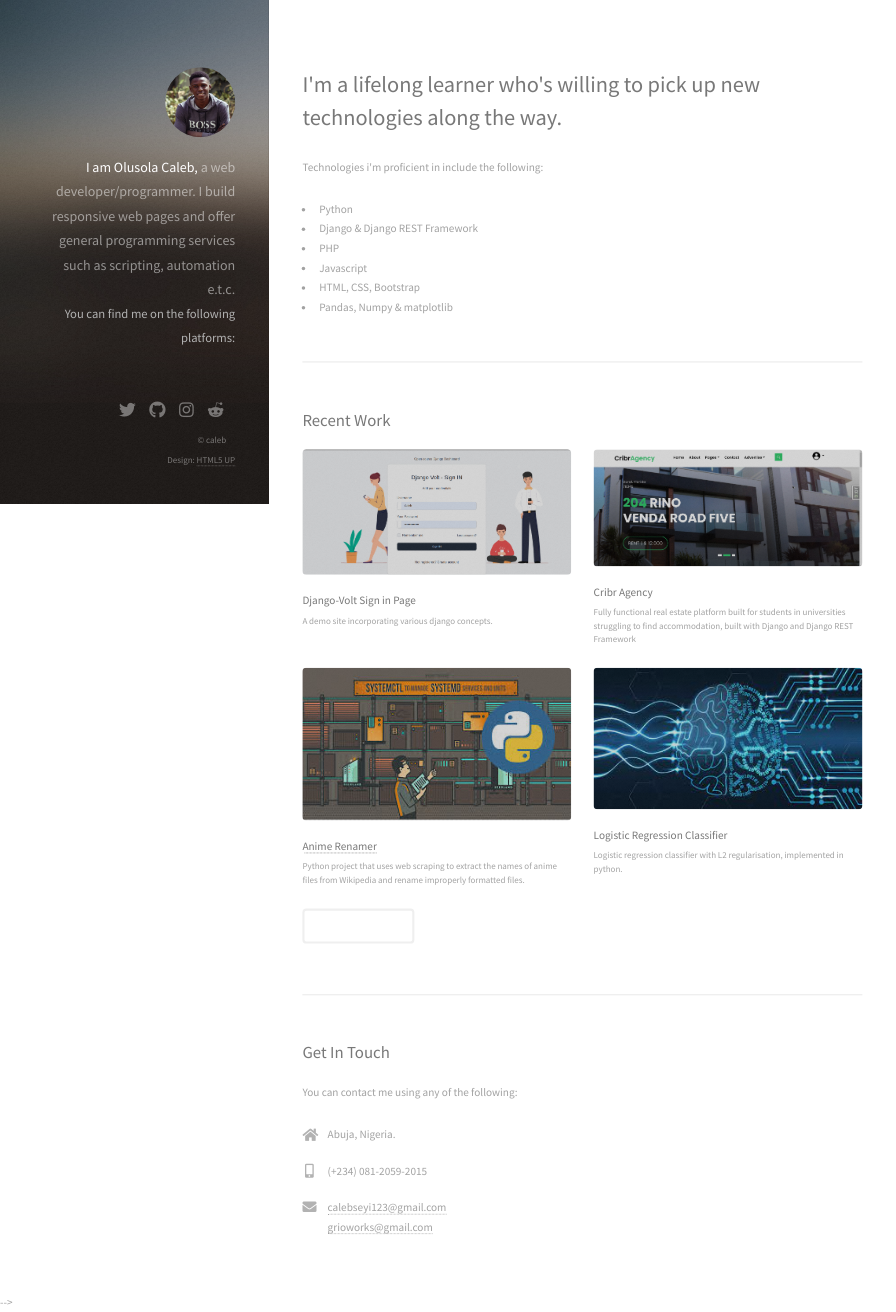
Repository: Caleb40/Caleb40.github.io
Page: index.html
An editor plug-in stored every save of this project. The page is shown before and after a run of saves, followed by the edit.
The browser window is 1280 px wide. The pictures show the whole page, at 70% of full size.

Above is the page before, as saved 2022-07-13 00:24:17.

### index.html
<!DOCTYPE HTML>
<html lang="en">

<head>
	<title>Olusola Caleb O.</title>
	<meta charset="utf-8" />
	<meta name="viewport" content="width=device-width, initial-scale=1, user-scalable=no" />
	<link rel="stylesheet" href="assets/css/main.css" />
</head>

<body class="is-preload">

	<!-- Header -->
	<header id="header">
		<div class="inner">
			<a href="#" class="image avatar"><img src="images/Photo_1607349133627.jpg" alt="profile" height="100px" width="100px" /></a>
			<h1 id="desc"><strong>I am Olusola Caleb,</strong><br> a web developer/programmer.<br />
				I build responsive web pages and offer general programming services such as scripting, automation e.t.c.
				<p id="findme">You can find me on <br> the following platforms:</p>
			</h1>

		</div>
	</header>

	<!-- Main -->
	<div id="main">

		<!-- One -->
		<section id="one">
			<header class="major">
				<h2>I'm a lifelong learner who's willing to pick up new technologies along the way.</h2>
			</header>
			<p>Technologies i'm proficient in include the following: </p>
			<ul>
				<li>Python</li>
				<li>Django & Django REST Framework</li>
				<li>PHP</li>
				<li>Javascript</li>
				<li>HTML, CSS, Bootstrap</li>
				<li>Pandas, Numpy & matplotlib</li>

			</ul>
			<!-- <ul class="actions">
				<li><a href="#" class="button">Learn More</a></li>
			</ul> -->
		</section>

		<!-- Two -->
		<section id="two">
			<h2>Recent Work</h2>
			<div class="row">
				<article class="col-6 col-12-xsmall work-item">
					<a href="images/portfolio/20220712_184121.png" class="image fit thumb"><img
							src="images/portfolio/20220712_184121.png" alt="" /></a>
					<h3>Django-Volt Sign in Page</h3>
					<p>A demo site incorporating various django concepts.</p>
				</article>
				<article class="col-6 col-12-xsmall work-item">
					<a href="images/portfolio/20220712_184159.png" class="image fit thumb"><img
							src="images/portfolio/20220712_184159.png" /></a>
					<h3>Cribr Agency</h3>
					<p>Fully functional real estate platform built for students in universities struggling to find accommodation,
						built with Django and Django REST Framework</p>
				</article>
				<article class="col-6 col-12-xsmall work-item">
					<a href="images/images.jpeg" class="image fit thumb"><img src="images/images.jpeg" alt="" /></a>
					<h3><a href="https://github.com/Caleb40/Anime-Renamer">Anime Renamer</a></h3>
					<p>Python project that uses web scraping to extract the names of anime files from Wikipedia and rename
						improperly formatted files.</p>
				</article>
				<article class="col-6 col-12-xsmall work-item">
					<a href="images/ai.jpeg" class="image fit thumb"><img src="images/ai.jpeg" alt="" /></a>
					<h3>Logistic Regression Classifier</h3>
					<p>Logistic regression classifier with L2 regularisation, implemented in python.</p>
				</article>
			</div>
			<ul class="actions">
				<li><a href="https://www.linkedin.com/in/caleb-olusola/" class="button"></a></li>
			</ul>
		</section>

		<!-- Three -->
		<section id="three">
			<h2>Get In Touch</h2>
			<p>You can contact me using any of the following:</p>
			<div class="row">
				<!-- <div class="col-8 col-12-small">
					<form method="post" action="#">
						<div class="row gtr-uniform gtr-50">
							<div class="col-6 col-12-xsmall"><input type="text" name="name" id="name"
									placeholder="Name" /></div>
							<div class="col-6 col-12-xsmall"><input type="email" name="email" id="email"
									placeholder="Email" /></div>
							<div class="col-12"><textarea name="message" id="message" placeholder="Message"
									rows="4"></textarea></div>
						</div>
					</form>
					<ul class="actions">
						<li><input type="submit" value="Send Message" /></li>
					</ul>

				</div> -->
				<div class="col-4 col-12-small">
					<ul class="labeled-icons">
						<li>
							<h3 class="icon solid fa-home"><span class="label">Address</span></h3>
							Abuja,
							Nigeria.<br>
						</li>
						<li>
							<h3 class="icon solid fa-mobile-alt"><span class="label">Phone</span></h3>
						(+234) 081-2059-2015
						</li>
						<li>
							<h3 class="icon solid fa-envelope"><span class="label">Email</span></h3>
							<a href="">calebseyi123@gmail.com <br> grioworks@gmail.com</a>
						</li>
					</ul>
				</div>
			</div>
		</section>

		<!-- Four -->

					<!-- <section id="four">
						<h2>Elements</h2>

						<section>
							<h4>Text</h4>
							<p>This is <b>bold</b> and this is <strong>strong</strong>. This is <i>italic</i> and this is <em>emphasized</em>.
							This is <sup>superscript</sup> text and this is <sub>subscript</sub> text.
							This is <u>underlined</u> and this is code: <code>for (;;) { ... }</code>. Finally, <a href="#">this is a link</a>.</p>
							<hr />
							<header>
								<h4>Heading with a Subtitle</h4>
								<p>Lorem ipsum dolor sit amet nullam id egestas urna aliquam</p>
							</header>
							<p>Nunc lacinia ante nunc ac lobortis. Interdum adipiscing gravida odio porttitor sem non mi integer non faucibus ornare mi ut ante amet placerat aliquet. Volutpat eu sed ante lacinia sapien lorem accumsan varius montes viverra nibh in adipiscing blandit tempus accumsan.</p>
							<header>
								<h5>Heading with a Subtitle</h5>
								<p>Lorem ipsum dolor sit amet nullam id egestas urna aliquam</p>
							</header>
							<p>Nunc lacinia ante nunc ac lobortis. Interdum adipiscing gravida odio porttitor sem non mi integer non faucibus ornare mi ut ante amet placerat aliquet. Volutpat eu sed ante lacinia sapien lorem accumsan varius montes viverra nibh in adipiscing blandit tempus accumsan.</p>
							<hr />
							<h2>Heading Level 2</h2>
							<h3>Heading Level 3</h3>
							<h4>Heading Level 4</h4>
							<h5>Heading Level 5</h5>
							<h6>Heading Level 6</h6>
							<hr />
							<h5>Blockquote</h5>
							<blockquote>Fringilla nisl. Donec accumsan interdum nisi, quis tincidunt felis sagittis eget tempus euismod. Vestibulum ante ipsum primis in faucibus vestibulum. Blandit adipiscing eu felis iaculis volutpat ac adipiscing accumsan faucibus. Vestibulum ante ipsum primis in faucibus lorem ipsum dolor sit amet nullam adipiscing eu felis.</blockquote>
							<h5>Preformatted</h5>
							<pre><code>i = 0;

while (!deck.isInOrder()) {
print 'Iteration ' + i;
deck.shuffle();
i++;
}

print 'It took ' + i + ' iterations to sort the deck.';</code></pre>
						</section>

						<section>
							<h4>Lists</h4>
							<div class="row">
								<div class="col-6 col-12-xsmall">
									<h5>Unordered</h5>
									<ul>
										<li>Dolor pulvinar etiam magna etiam.</li>
										<li>Sagittis adipiscing lorem eleifend.</li>
										<li>Felis enim feugiat dolore viverra.</li>
									</ul>
									<h5>Alternate</h5>
									<ul class="alt">
										<li>Dolor pulvinar etiam magna etiam.</li>
										<li>Sagittis adipiscing lorem eleifend.</li>
										<li>Felis enim feugiat dolore viverra.</li>
									</ul>
								</div>
								<div class="col-6 col-12-xsmall">
									<h5>Ordered</h5>
									<ol>
										<li>Dolor pulvinar etiam magna etiam.</li>
										<li>Etiam vel felis at lorem sed viverra.</li>
										<li>Felis enim feugiat dolore viverra.</li>
										<li>Dolor pulvinar etiam magna etiam.</li>
										<li>Etiam vel felis at lorem sed viverra.</li>
										<li>Felis enim feugiat dolore viverra.</li>
									</ol>
									<h5>Icons</h5>
									<ul class="icons">
										<li><a href="#" class="icon brands fa-twitter"><span class="label">Twitter</span></a></li>
										<li><a href="#" class="icon brands fa-facebook-f"><span class="label">Facebook</span></a></li>
										<li><a href="#" class="icon brands fa-instagram"><span class="label">Instagram</span></a></li>
										<li><a href="#" class="icon brands fa-github"><span class="label">Github</span></a></li>
										<li><a href="#" class="icon brands fa-dribbble"><span class="label">Dribbble</span></a></li>
										<li><a href="#" class="icon brands fa-tumblr"><span class="label">Tumblr</span></a></li>
									</ul>
								</div>
							</div>
							<h5>Actions</h5>
							<ul class="actions">
								<li><a href="#" class="button primary">Default</a></li>
								<li><a href="#" class="button">Default</a></li>
							</ul>
							<ul class="actions small">
								<li><a href="#" class="button primary small">Small</a></li>
								<li><a href="#" class="button small">Small</a></li>
							</ul>
							<div class="row">
								<div class="col-6 col-12-small">
									<ul class="actions stacked">
										<li><a href="#" class="button primary">Default</a></li>
										<li><a href="#" class="button">Default</a></li>
									</ul>
								</div>
								<div class="col-6 col-12-small">
									<ul class="actions stacked">
										<li><a href="#" class="button primary small">Small</a></li>
										<li><a href="#" class="button small">Small</a></li>
									</ul>
								</div>
								<div class="col-6 col-12-small">
									<ul class="actions stacked">
										<li><a href="#" class="button primary fit">Default</a></li>
										<li><a href="#" class="button fit">Default</a></li>
									</ul>
								</div>
								<div class="col-6 col-12-small">
									<ul class="actions stacked">
										<li><a href="#" class="button primary small fit">Small</a></li>
										<li><a href="#" class="button small fit">Small</a></li>
									</ul>
								</div>
							</div>
						</section>

						<section>
							<h4>Table</h4>
							<h5>Default</h5>
							<div class="table-wrapper">
								<table>
									<thead>
										<tr>
											<th>Name</th>
											<th>Description</th>
											<th>Price</th>
										</tr>
									</thead>
									<tbody>
										<tr>
											<td>Item One</td>
											<td>Ante turpis integer aliquet porttitor.</td>
											<td>29.99</td>
										</tr>
										<tr>
											<td>Item Two</td>
											<td>Vis ac commodo adipiscing arcu aliquet.</td>
											<td>19.99</td>
										</tr>
										<tr>
											<td>Item Three</td>
											<td> Morbi faucibus arcu accumsan lorem.</td>
											<td>29.99</td>
										</tr>
										<tr>
											<td>Item Four</td>
											<td>Vitae integer tempus condimentum.</td>
											<td>19.99</td>
										</tr>
										<tr>
											<td>Item Five</td>
											<td>Ante turpis integer aliquet porttitor.</td>
											<td>29.99</td>
										</tr>
									</tbody>
									<tfoot>
										<tr>
											<td colspan="2"></td>
											<td>100.00</td>
										</tr>
									</tfoot>
								</table>
							</div>

							<h5>Alternate</h5>
							<div class="table-wrapper">
								<table class="alt">
									<thead>
										<tr>
											<th>Name</th>
											<th>Description</th>
											<th>Price</th>
										</tr>
									</thead>
									<tbody>
										<tr>
											<td>Item One</td>
											<td>Ante turpis integer aliquet porttitor.</td>
											<td>29.99</td>
										</tr>
										<tr>
											<td>Item Two</td>
											<td>Vis ac commodo adipiscing arcu aliquet.</td>
											<td>19.99</td>
										</tr>
										<tr>
											<td>Item Three</td>
											<td> Morbi faucibus arcu accumsan lorem.</td>
											<td>29.99</td>
										</tr>
										<tr>
											<td>Item Four</td>
											<td>Vitae integer tempus condimentum.</td>
											<td>19.99</td>
										</tr>
										<tr>
											<td>Item Five</td>
											<td>Ante turpis integer aliquet porttitor.</td>
											<td>29.99</td>
										</tr>
									</tbody>
									<tfoot>
										<tr>
											<td colspan="2"></td>
											<td>100.00</td>
										</tr>
									</tfoot>
								</table>
							</div>
						</section>

						<section>
							<h4>Buttons</h4>
							<ul class="actions">
								<li><a href="#" class="button primary">Primary</a></li>
								<li><a href="#" class="button">Default</a></li>
							</ul>
							<ul class="actions">
								<li><a href="#" class="button large">Large</a></li>
								<li><a href="#" class="button">Default</a></li>
								<li><a href="#" class="button small">Small</a></li>
							</ul>
							<ul class="actions fit">
								<li><a href="#" class="button primary fit">Fit</a></li>
								<li><a href="#" class="button fit">Fit</a></li>
							</ul>
							<ul class="actions fit small">
								<li><a href="#" class="button primary fit small">Fit + Small</a></li>
								<li><a href="#" class="button fit small">Fit + Small</a></li>
							</ul>
							<ul class="actions">
								<li><a href="#" class="button primary icon solid fa-download">Icon</a></li>
								<li><a href="#" class="button icon solid fa-download">Icon</a></li>
							</ul>
							<ul class="actions">
								<li><span class="button primary disabled">Primary</span></li>
								<li><span class="button disabled">Default</span></li>
							</ul>
						</section>

						<section>
							<h4>Form</h4>
							<form method="post" action="#">
								<div class="row gtr-uniform gtr-50">
									<div class="col-6 col-12-xsmall">
										<input type="text" name="demo-name" id="demo-name" value="" placeholder="Name" />
									</div>
									<div class="col-6 col-12-xsmall">
										<input type="email" name="demo-email" id="demo-email" value="" placeholder="Email" />
									</div>
									<div class="col-12">
										<select name="demo-category" id="demo-category">
											<option value="">- Category -</option>
											<option value="1">Manufacturing</option>
											<option value="1">Shipping</option>
											<option value="1">Administration</option>
											<option value="1">Human Resources</option>
										</select>
									</div>
									<div class="col-4 col-12-small">
										<input type="radio" id="demo-priority-low" name="demo-priority" checked>
										<label for="demo-priority-low">Low Priority</label>
									</div>
									<div class="col-4 col-12-small">
										<input type="radio" id="demo-priority-normal" name="demo-priority">
										<label for="demo-priority-normal">Normal Priority</label>
									</div>
									<div class="col-4 col-12-small">
										<input type="radio" id="demo-priority-high" name="demo-priority">
										<label for="demo-priority-high">High Priority</label>
									</div>
									<div class="col-6 col-12-small">
										<input type="checkbox" id="demo-copy" name="demo-copy">
										<label for="demo-copy">Email me a copy of this message</label>
									</div>
									<div class="col-6 col-12-small">
										<input type="checkbox" id="demo-human" name="demo-human" checked>
										<label for="demo-human">I am a human and not a robot</label>
									</div>
									<div class="col-12">
										<textarea name="demo-message" id="demo-message" placeholder="Enter your message" rows="6"></textarea>
									</div>
									<div class="col-12">
										<ul class="actions">
											<li><input type="submit" value="Send Message" class="primary" /></li>
											<li><input type="reset" value="Reset" /></li>
										</ul>
									</div>
								</div>
							</form>
						</section>

						<section>
							<h4>Image</h4>
							<h5>Fit</h5>
							<div class="box alt">
								<div class="row gtr-50 gtr-uniform">
									<div class="col-12"><span class="image fit"><img src="images/fulls/05.jpg" alt="" /></span></div>
									<div class="col-4"><span class="image fit"><img src="images/thumbs/01.jpg" alt="" /></span></div>
									<div class="col-4"><span class="image fit"><img src="images/thumbs/02.jpg" alt="" /></span></div>
									<div class="col-4"><span class="image fit"><img src="images/thumbs/03.jpg" alt="" /></span></div>
									<div class="col-4"><span class="image fit"><img src="images/thumbs/04.jpg" alt="" /></span></div>
									<div class="col-4"><span class="image fit"><img src="images/thumbs/05.jpg" alt="" /></span></div>
									<div class="col-4"><span class="image fit"><img src="images/thumbs/06.jpg" alt="" /></span></div>
									<div class="col-4"><span class="image fit"><img src="images/thumbs/03.jpg" alt="" /></span></div>
									<div class="col-4"><span class="image fit"><img src="images/thumbs/02.jpg" alt="" /></span></div>
									<div class="col-4"><span class="image fit"><img src="images/thumbs/01.jpg" alt="" /></span></div>
								</div>
							</div>
							<h5>Left &amp; Right</h5>
							<p><span class="image left"><img src="images/avatar.jpg" alt="" /></span>Fringilla nisl. Donec accumsan interdum nisi, quis tincidunt felis sagittis eget. tempus euismod. Vestibulum ante ipsum primis in faucibus vestibulum. Blandit adipiscing eu felis iaculis volutpat ac adipiscing accumsan eu faucibus. Integer ac pellentesque praesent tincidunt felis sagittis eget. tempus euismod. Vestibulum ante ipsum primis in faucibus vestibulum. Blandit adipiscing eu felis iaculis volutpat ac adipiscing accumsan eu faucibus. Integer ac pellentesque praesent. Donec accumsan interdum nisi, quis tincidunt felis sagittis eget. tempus euismod. Vestibulum ante ipsum primis in faucibus vestibulum. Blandit adipiscing eu felis iaculis volutpat ac adipiscing accumsan eu faucibus. Integer ac pellentesque praesent tincidunt felis sagittis eget. tempus euismod. Vestibulum ante ipsum primis in faucibus vestibulum. Blandit adipiscing eu felis iaculis volutpat ac adipiscing accumsan eu faucibus. Integer ac pellentesque praesent.</p>
							<p><span class="image right"><img src="images/avatar.jpg" alt="" /></span>Fringilla nisl. Donec accumsan interdum nisi, quis tincidunt felis sagittis eget. tempus euismod. Vestibulum ante ipsum primis in faucibus vestibulum. Blandit adipiscing eu felis iaculis volutpat ac adipiscing accumsan eu faucibus. Integer ac pellentesque praesent tincidunt felis sagittis eget. tempus euismod. Vestibulum ante ipsum primis in faucibus vestibulum. Blandit adipiscing eu felis iaculis volutpat ac adipiscing accumsan eu faucibus. Integer ac pellentesque praesent. Donec accumsan interdum nisi, quis tincidunt felis sagittis eget. tempus euismod. Vestibulum ante ipsum primis in faucibus vestibulum. Blandit adipiscing eu felis iaculis volutpat ac adipiscing accumsan eu faucibus. Integer ac pellentesque praesent tincidunt felis sagittis eget. tempus euismod. Vestibulum ante ipsum primis in faucibus vestibulum. Blandit adipiscing eu felis iaculis volutpat ac adipiscing accumsan eu faucibus. Integer ac pellentesque praesent.</p>
						</section>

					</section>
				-->

	</div> -->

	<!-- Footer -->
	<footer id="footer">
		<div class="inner">
			<!-- <p id="phone">Contact: 08120592015</p>
			<p id="email">E-mail: calebseyi123@gmail.com</p> -->
			<ul class="icons">
				<li><a href="https://twitter.com/caleb_mnb" class="icon brands fa-twitter"><span
							class="label">Twitter</span></a></li>
				<li><a href="https://github.com/Caleb40" class="icon brands fa-github"><span
							class="label">Github</span></a></li>
				<li><a href="https://www.instagram.com/itz_calebking/" class="icon brands fa-instagram"><span
							class="label">Instagram</span></a></li>
				<li><a href="https://www.reddit.com/user/caleb_king" class="icon brands fa-reddit-alien"><span
							class="label">Reddit</span></a></li>
				<ul class="copyright">
					<li>&copy; caleb</li>
					<li>Design: <a href="http://html5up.net">HTML5 UP</a></li>
				</ul>

			</ul>
		</div>
	</footer>

	<!-- Scripts -->
	<script src="assets/js/jquery.min.js"></script>
	<script src="assets/js/jquery.poptrox.min.js"></script>
	<script src="assets/js/browser.min.js"></script>
	<script src="assets/js/breakpoints.min.js"></script>
	<script src="assets/js/util.js"></script>
	<script src="assets/js/main.js"></script>

</body>

</html>

Loaded but not shown: assets/css/fontawesome-all.min.css (library); assets/js/jquery.min.js (library); assets/js/jquery.poptrox.min.js (library); assets/js/browser.min.js (common file); assets/js/breakpoints.min.js (common file); assets/js/util.js (587 lines, source omitted); assets/js/main.js (117 lines, source omitted); assets/css/main.css (3241 lines, source omitted)

After the next 2 saves:
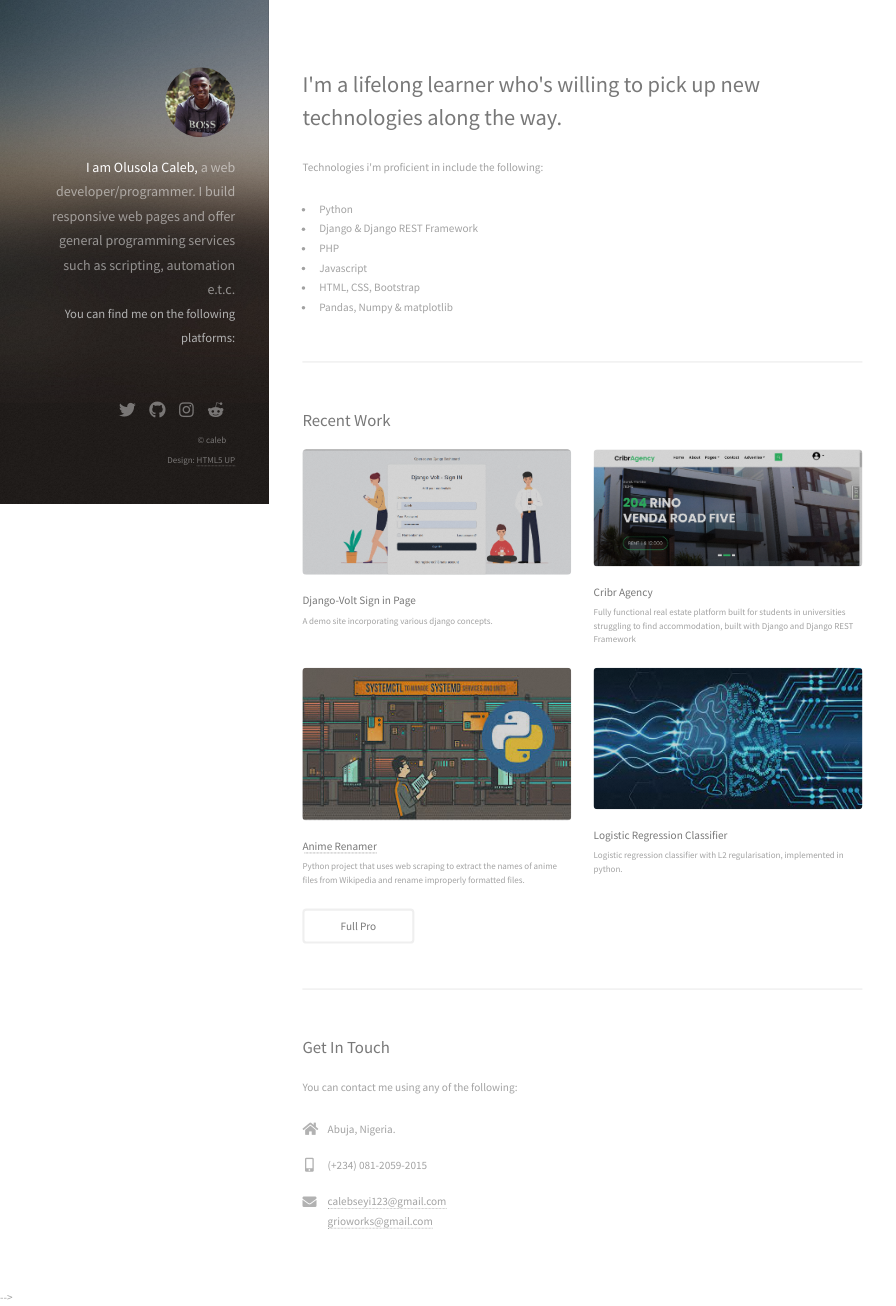
The 2 saves are shown as one change because they came seconds apart.
The last was saved 8 s later.
--- a/index.html
+++ b/index.html
@@ -75,7 +75,7 @@
 				</article>
 			</div>
 			<ul class="actions">
-				<li><a href="https://www.linkedin.com/in/caleb-olusola/" class="button"></a></li>
+				<li><a href="https://www.linkedin.com/in/caleb-olusola/" class="button">Full Pro</a></li>
 			</ul>
 		</section>
 
